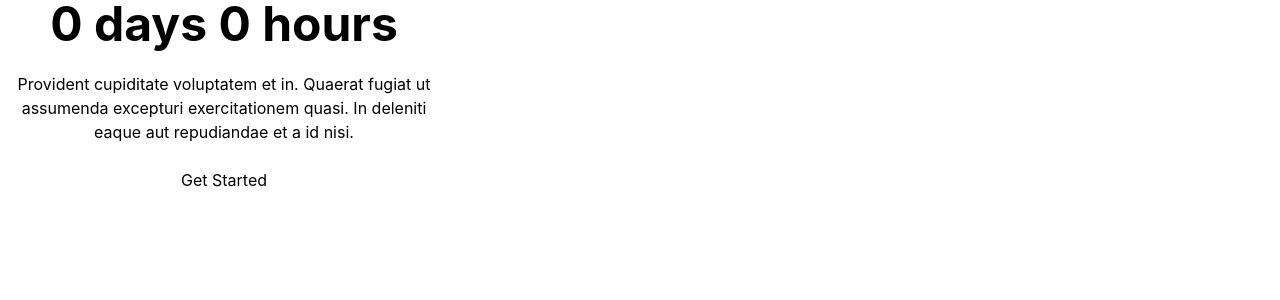
Repository: RahmanRakib9/TwentyOne
Page: /
These files come from the project's save history. The page is drawn as it stood at one moment and after a run of saves; the edit follows.
The browser window is 1280 px wide. The pictures show the whole page.
The project was rebuilt for these pictures with package versions that can differ from the ones it lists, and the page was loaded fresh each time.

Above is the page before, as saved 2022-10-13 17:40:34.

After the next 5 saves:
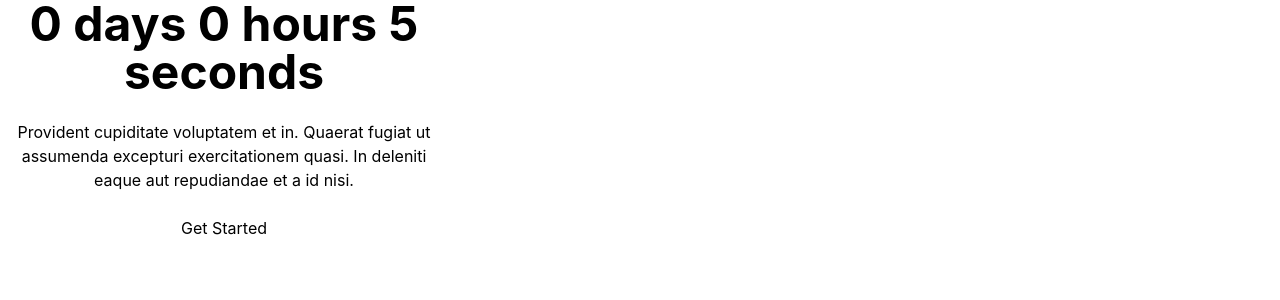
The 5 saves are shown as one change because they came seconds apart.
The last was saved 12 s later.
--- a/src/components/Timer.js
+++ b/src/components/Timer.js
@@ -7,7 +7,7 @@ const Timer = () => {
     <div class="hero min-h-screen bg-base-200">
       <div class="hero-content text-center">
         <div class="max-w-md">
-          <h1 class="text-5xl font-bold">{day} days {hour} hours {}</h1>
+          <h1 class="text-5xl font-bold">{day} days {hour} hours {second} seconds</h1>
           <p class="py-6">
             Provident cupiditate voluptatem et in. Quaerat fugiat ut assumenda
             excepturi exercitationem quasi. In deleniti eaque aut repudiandae et
